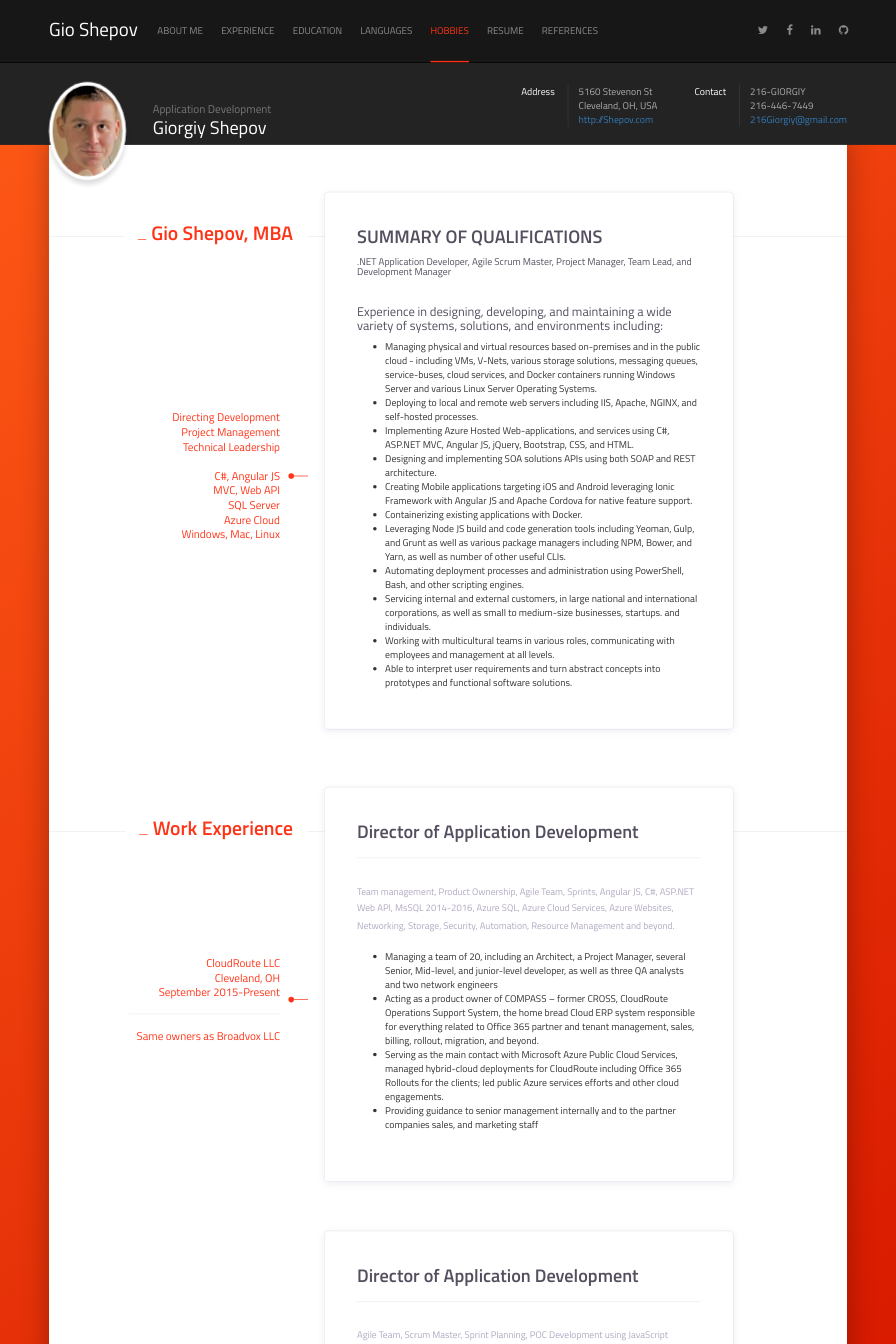
Repository: george-shepov/Shepov.com
Page: index.html
An editor plug-in stored every save of this project. The page is shown before and after the next save, followed by the edit.
The browser window is 1280 px wide. The pictures show the part of the page from y = 0 to 1920 px (the page is 4806 px tall), at 70% of full size.
Some web libraries are served in a nearby version.

Above is the page before, as saved 2018-06-27 00:21:44.

After the next save:
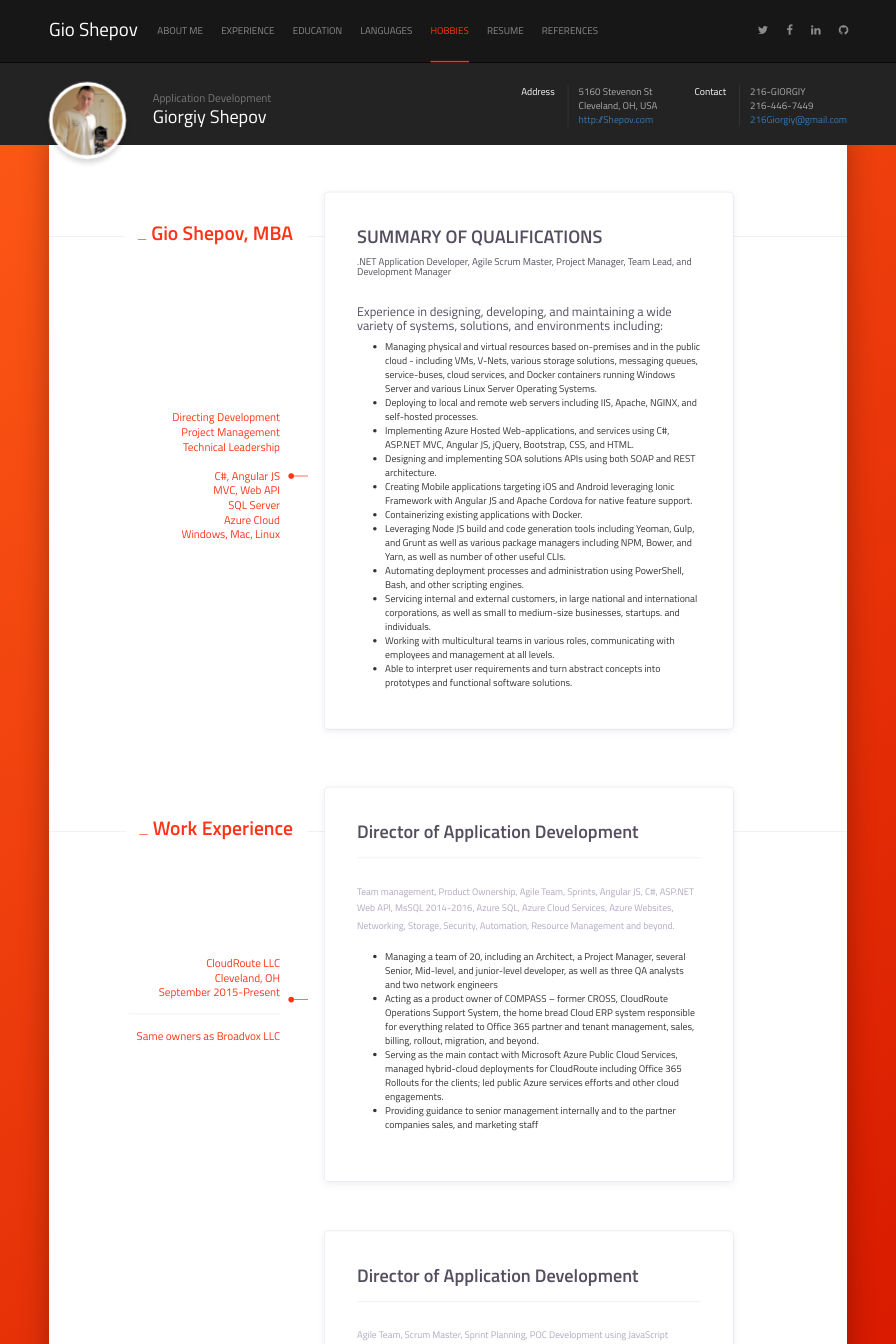
Saved 70 s later.
--- a/index.html
+++ b/index.html
@@ -72,7 +72,8 @@
             <div class="row">
                 <div class="col-md-5">
                     <div class="avatar">
-                        <img src="img/global-info/Gio-face.jpeg" alt="" class="img-responsive">
+                        <!--<img src="img/global-info/Gio-face.jpeg" alt="" class="img-responsive">-->
+                        <img src="img/global-info/Gio-square.jpeg" alt="" class="img-responsive">
                     </div>
                     <div class="name-jobtitle">
                         <h2 class="title"><small>Application Development</small>Giorgiy Shepov</h2>
